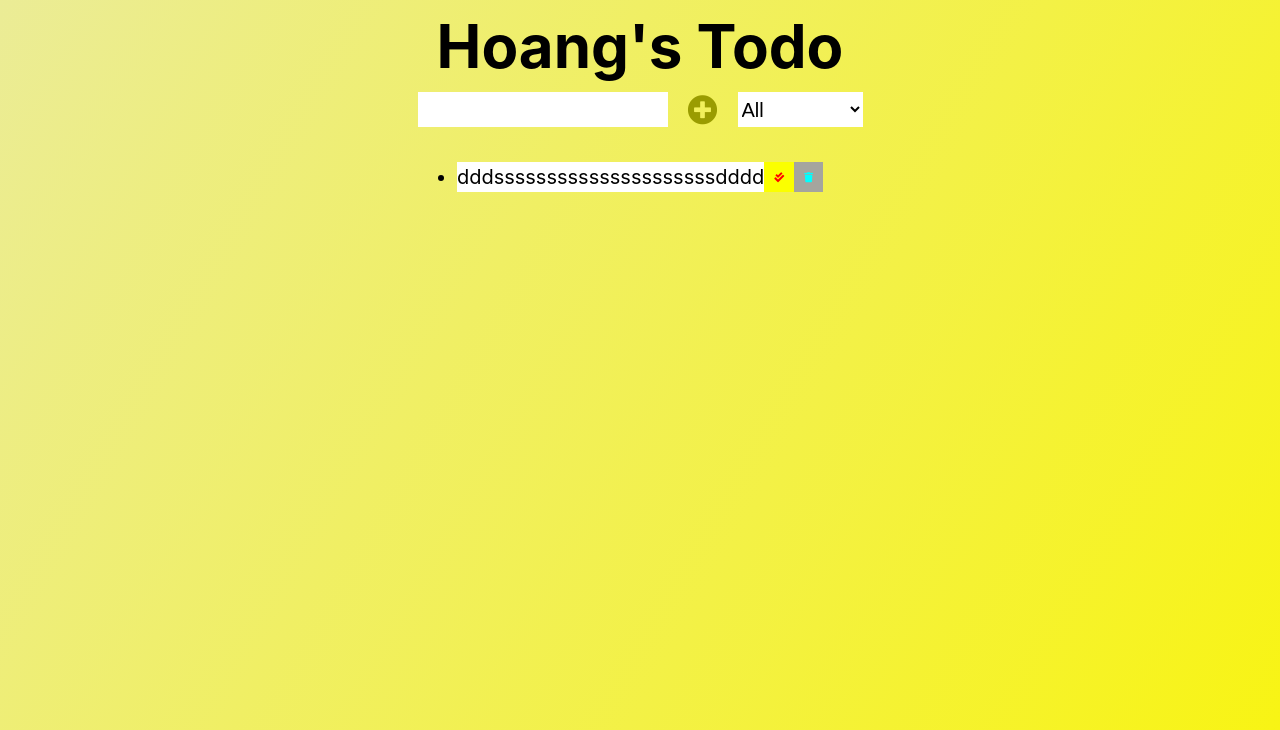
Repository: DinhHoang0607/TodoReact
Page: /
These files come from the project's save history. The page is drawn as it stood at one moment and after the next save; the edit follows.
The browser window is 1280 px wide. The pictures show the whole page.
Some web libraries are served in a nearby version. The project was rebuilt for these pictures with package versions that can differ from the ones it lists, and the page was loaded fresh each time.

Above is the page before, as saved 2021-09-11 21:45:27.

### public/index.html
<!DOCTYPE html>
<html lang="en">
  <head>
    <meta charset="utf-8" />
    <link rel="icon" href="%PUBLIC_URL%/favicon.ico" />
    <meta name="viewport" content="width=device-width, initial-scale=1" />
    <meta name="theme-color" content="#000000" />
    <meta
      name="description"
      content="Web site created using create-react-app"
    />
    <link rel="apple-touch-icon" href="%PUBLIC_URL%/logo192.png" />
    <!--
      manifest.json provides metadata used when your web app is installed on a
      user's mobile device or desktop. See https://developers.google.com/web/fundamentals/web-app-manifest/
    -->
    <link rel="stylesheet" href="https://pro.fontawesome.com/releases/v5.10.0/css/all.css" integrity="sha384-AYmEC3Yw5cVb3ZcuHtOA93w35dYTsvhLPVnYs9eStHfGJvOvKxVfELGroGkvsg+p" crossorigin="anonymous"/>
    <link rel="manifest" href="%PUBLIC_URL%/manifest.json" />
    <!--
      Notice the use of %PUBLIC_URL% in the tags above.
      It will be replaced with the URL of the `public` folder during the build.
      Only files inside the `public` folder can be referenced from the HTML.

      Unlike "/favicon.ico" or "favicon.ico", "%PUBLIC_URL%/favicon.ico" will
      work correctly both with client-side routing and a non-root public URL.
      Learn how to configure a non-root public URL by running `npm run build`.
    -->
    <title>React App</title>
  </head>
  <body>
    <noscript>You need to enable JavaScript to run this app.</noscript>
    <div id="root"></div>
    <!--
      This HTML file is a template.
      If you open it directly in the browser, you will see an empty page.

      You can add webfonts, meta tags, or analytics to this file.
      The build step will place the bundled scripts into the <body> tag.

      To begin the development, run `npm start` or `yarn start`.
      To create a production bundle, use `npm run build` or `yarn build`.
    -->
  </body>
</html>

### src/App.js
import "./App.css";
import React, { useState } from "react";
import Form from "./components/Form";
import List from "./components/List";
function App() {
  const [inputText, setInputText] = useState("");
  const [listItem, setListItem] = useState([]);
  return (
    <div className="App">
      <header>
        <h1>Hoang's Todo</h1>
      </header>
      <Form
        listItem={listItem}
        setListItem={setListItem}
        setInputText={setInputText}
        inputText={inputText}
      />
      <List inputText={inputText} />
    </div>
  );
}

export default App;

### src/App.css
*,
*::before,
*::after {
  box-sizing: border-box;
  padding: 0;
  margin: 0;
}
html {
  font-size: 62.5%;
}
body {
  width: 100%;
  height: 100vh;
  background-image: linear-gradient(120deg, #ebec96 0%, #f8f414 100%);
}
header {
  font-size: 3rem;
  margin: 1rem auto;
}
header,
form {
  display: flex;
  justify-content: center;
  align-items: center;
}
.form__input {
  width: 25rem;
  height: 3.5rem;
  border: none;
  background: white;
}
.btn {
  cursor: pointer;
  display: flex;
  /* align-items: center;

  justify-content: center; */
}
.form__btn {
  color: #9a9c01;
  margin: auto 2rem;
  /* width: 3.5rem;
  height: 3.5rem; */
  /* border-radius: 50%; */
  font-size: 3rem;
  border: none;
  transition: all 0.3s ease;
  background: none;
}
.form__btn:hover {
  color: rgb(27, 247, 255);
}
.select__item {
  width: 12.5rem;
  height: 3.5rem;
  border: none;
  background: white;
  font-size: 2rem;
}
.select__item,
option {
  cursor: pointer;
}
.container {
  display: flex;
  justify-content: center;
  align-items: center;
}
/* .list {
  height: 3.5rem;
  width: 44rem;
  background-color: aliceblue;
  font-size: 2.5rem;
  margin-bottom: 1.5rem;
} */
.list:nth-child(1) {
  margin-top: 3rem;
}
.item {
  margin: 0.5rem;
  background: white;
  font-size: 2rem;
  color: black;
  display: flex;
  justify-content: space-between;
  align-items: center;
  float: left;
  height: 3rem;
}
.fa-check-double,
.fa-trash {
  background-color: #fbff00;
  color: red;
  border: none;
  padding: 1rem;
  font-size: 1rem;
}
.fa-trash{
  background-color: #a5a59e;
  color: aqua;
}

### src/components/Form.js
import React from "react";
const Form = ({ inputText, setInputText, listItem, setListItem }) => {
  const handleAddItem = (e) => {
    setInputText(e.target.value);
    console.log(e.target.value);
  };
  const handleSubmit = (e) => {
    e.preventDefault();
    setListItem([...listItem, {
      id: (Date.now() + "").slice(-10),
      status: false,
      text: inputText,
    }]);
      setInputText('')
  };
  return (
    <form className="form">
      <input value={inputText} onChange={handleAddItem} type="text" className="form__input" />
      <button className="form__btn btn" onClick={handleSubmit} type="submit">
        <i class="fas fa-plus-circle"></i>
      </button>
      <div className="form__select">
        <select name="items" className="select__item">
          <option value="all" selected="selected">
            All
          </option>
          <option value="completed">Completed</option>
          <option value="inProcess">InProcess</option>
        </select>
      </div>
    </form>
  );
};

export default Form;

### src/components/List.js
import React from "react";
import Item from "./Item";

const List = ({ inputText }) => {
  return (
    <div className="container">
      <ul className="list">
        <Item />
      </ul>
    </div>
  );
};

export default List;

### src/components/Item.js
import React from "react";

const Item = ({ listItem }) => {
  return (
    <div className="item">
      <li className="item__li">dddsssssssssssssssssssssdddd</li>
      <button className="btn fas fa-check-double"></button>
      <button className="btn fas fa-trash"></button>
    </div>
  );
};

export default Item;

Loaded but not shown: src/index.js (common file); src/index.css (common file); src/reportWebVitals.js (common file)

After the next save:
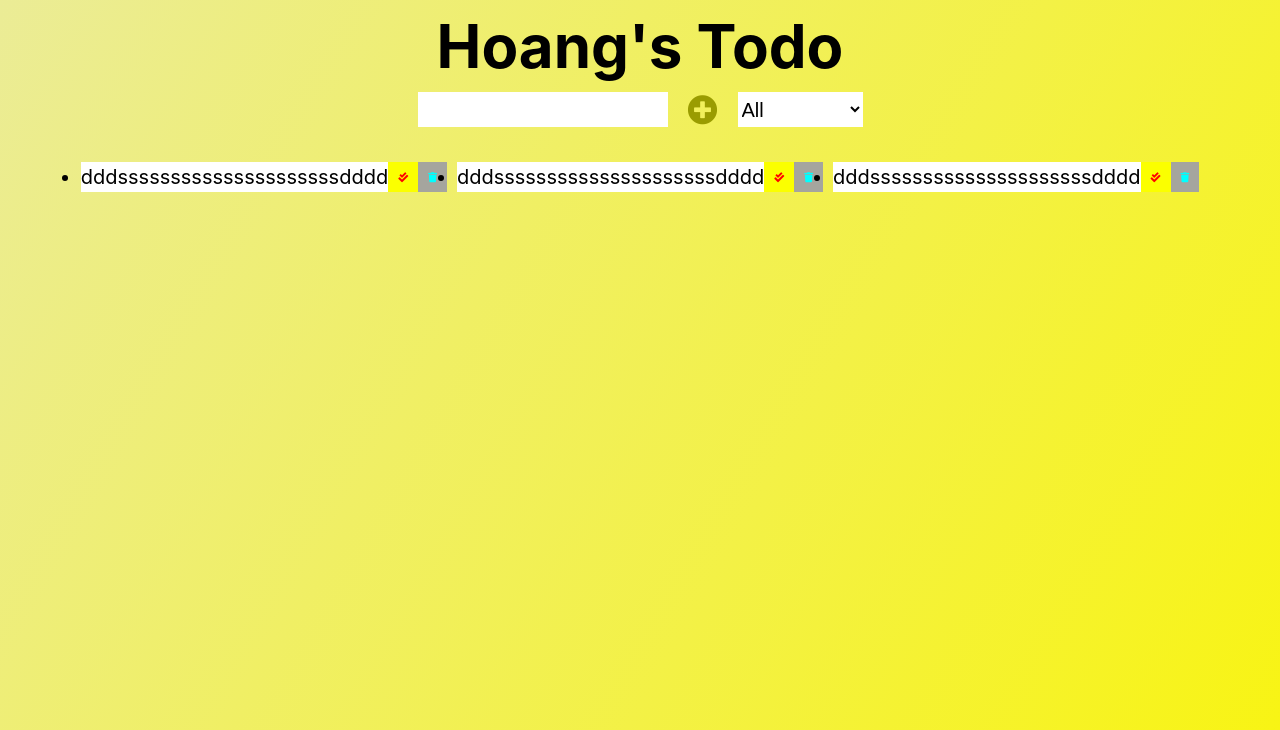
Saved 15 min 0 s later.
--- a/src/components/List.js
+++ b/src/components/List.js
@@ -6,6 +6,8 @@ const List = ({ inputText }) => {
     <div className="container">
       <ul className="list">
         <Item />
+        <Item />
+        <Item />
       </ul>
     </div>
   );
